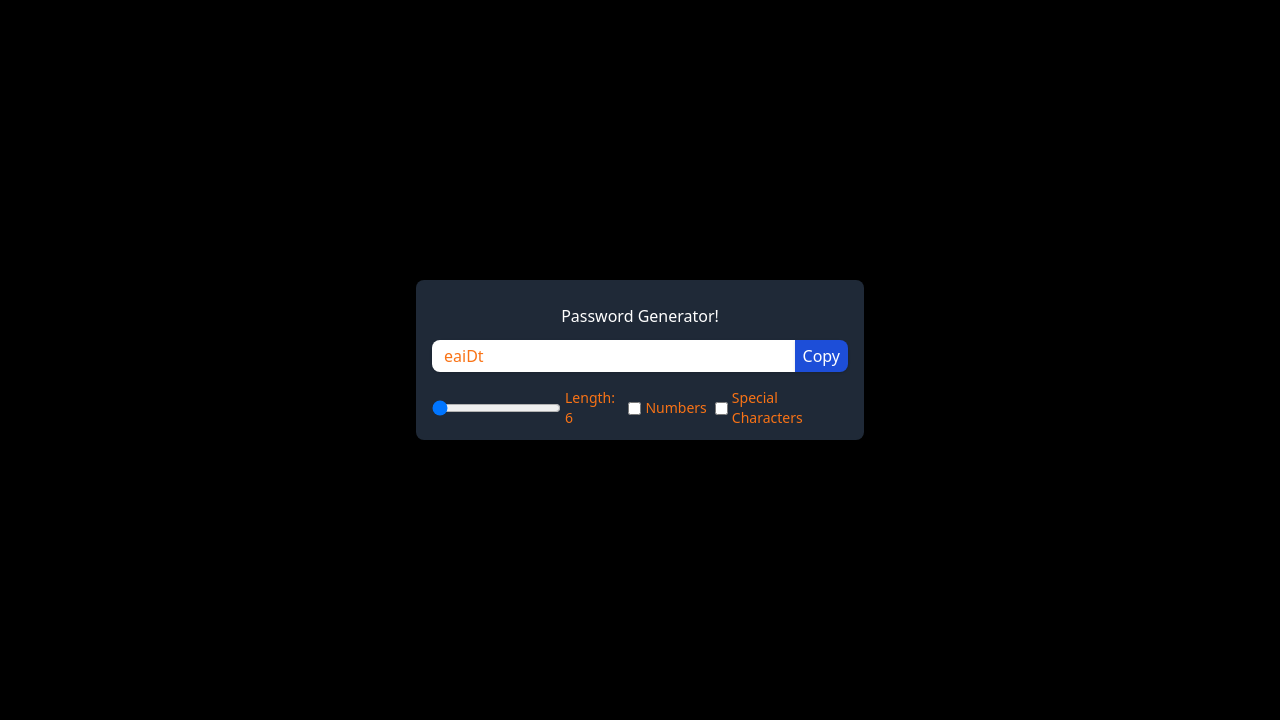
Repository: tirth2014/chai-aur-react
Page: / (app in 05_password-generator/)
These files come from the project's save history. The page is drawn as it stood at one moment and after the next save; the edit follows.
The browser window is 1280 px wide. The pictures show the whole page.
The project was rebuilt for these pictures with package versions that can differ from the ones it lists, and the page was loaded fresh each time. Also part of the build but not shown: 05_password-generator/vite.config.js.

Above is the page before, as saved 2023-10-08 01:28:01.

After the next save:
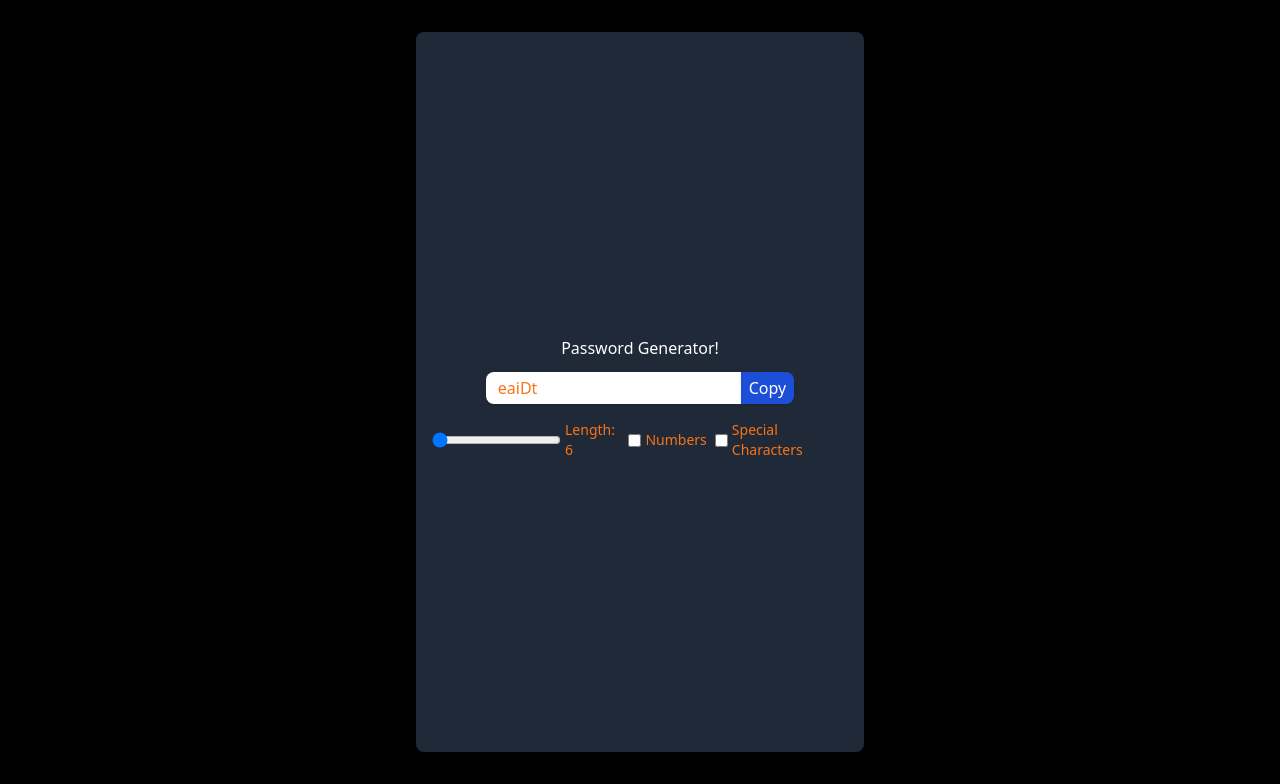
Saved 15 s later.
--- a/05_password-generator/src/App.jsx
+++ b/05_password-generator/src/App.jsx
@@ -45,8 +45,8 @@
 
 
   return (
-    <div className='w-full h-screen flex flex-col justify-center items-center'>
-      <div className="w-full max-w-md mx-auto shadow-md rounded-lg px-4 py-3 my-8 bg-gray-800 text-orange-500">
+    <div className='w-full '>
+      <div className="w-full h-screen flex flex-col justify-center items-center max-w-md mx-auto shadow-md rounded-lg px-4 py-3 my-8 bg-gray-800 text-orange-500">
         <h1 className='text-white text-center my-3'>Password Generator!</h1>
         <div className='flex shadow rounded-lg overflow-hidden mb-4'>
           <input

After the 2 saves that followed:
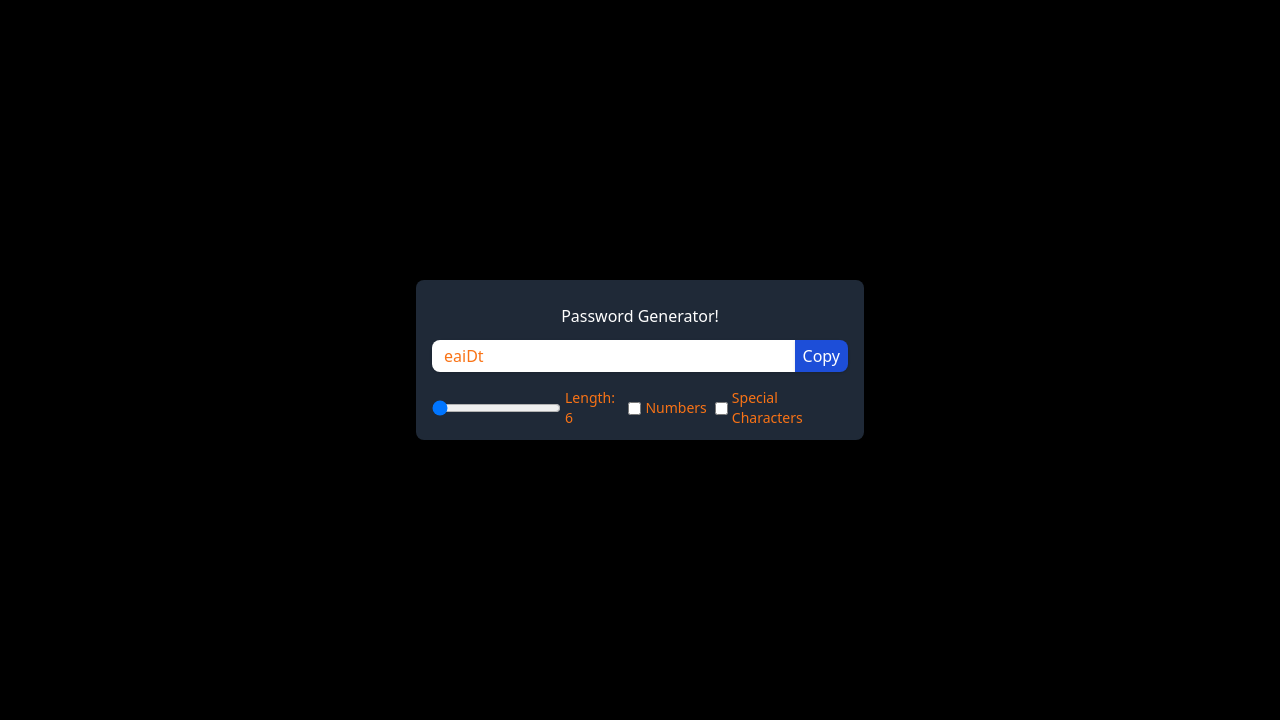
The 2 saves are shown as one change because 1 left the picture as it was.
The last was saved 15 s later.
--- a/05_password-generator/src/App.jsx
+++ b/05_password-generator/src/App.jsx
@@ -45,8 +45,8 @@
 
 
   return (
-    <div className='w-full '>
-      <div className="w-full h-screen flex flex-col justify-center items-center max-w-md mx-auto shadow-md rounded-lg px-4 py-3 my-8 bg-gray-800 text-orange-500">
+    <div className='w-full h-screen flex flex-col justify-center items-center'>
+      <div className="w-full max-w-md mx-auto shadow-md rounded-lg px-4 py-3 my-8 bg-gray-800 text-orange-500">
         <h1 className='text-white text-center my-3'>Password Generator!</h1>
         <div className='flex shadow rounded-lg overflow-hidden mb-4'>
           <input
